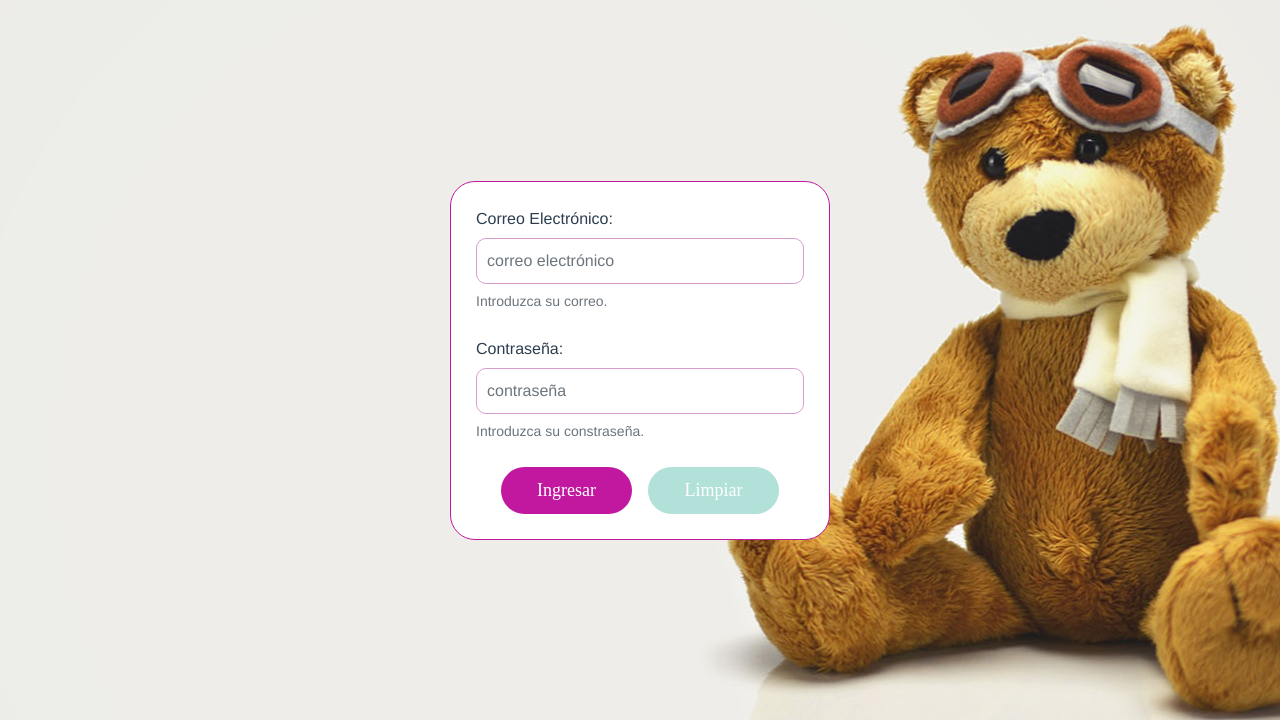
Repository: Darigo30/prueba-jugueteria
Page: /
An editor plug-in stored every save of this project. The page is shown before and after the next save, followed by the edit.
The browser window is 1280 px wide. The pictures show the whole page.
Some web fonts or font styles are not loaded; a fallback is used. The project was rebuilt for these pictures with package versions that can differ from the ones it lists, and the page was loaded fresh each time. Also part of the build but not shown: src/components/Editar.vue, src/components/Tabla.vue, src/components/Agregar.vue, src/views/Home.vue.

Above is the page before, as saved 2021-05-30 21:29:54.

### public/index.html
<!DOCTYPE html>
<html lang="">
  <head>
    <meta charset="utf-8">
    <meta http-equiv="X-UA-Compatible" content="IE=edge">
    <meta name="viewport" content="width=device-width,initial-scale=1.0">
    <link rel="icon" href="<%= BASE_URL %>favicon.ico">
    <link rel="preconnect" href="https://fonts.gstatic.com">
    <link href="https://fonts.googleapis.com/css2?family=Londrina+Solid:wght@300;400;900&display=swap" rel="stylesheet">
    <title><%= htmlWebpackPlugin.options.title %></title>
  </head>
  <body>
    <noscript>
      <strong>We're sorry but <%= htmlWebpackPlugin.options.title %> doesn't work properly without JavaScript enabled. Please enable it to continue.</strong>
    </noscript>
    <div id="app"></div>
    <!-- built files will be auto injected -->
  </body>
</html>

### src/main.js
import Vue from "vue";
import App from "./App.vue";
import router from "./router";
import store from "./store";
import { BootstrapVue, IconsPlugin } from "bootstrap-vue";

import "bootstrap/dist/css/bootstrap.css";
import "bootstrap-vue/dist/bootstrap-vue.css";

Vue.use(BootstrapVue);
Vue.use(IconsPlugin);

Vue.config.productionTip = false;

import firebase from "firebase";
import { firebaseConfig } from "../firebase";

firebase.initializeApp(firebaseConfig);

router.beforeEach((to, from, next) => {
  const isAuthenticated = localStorage.getItem("login");

  if (to.name !== "Login" && isAuthenticated !== "logueado")
    next({ name: "Login" });
  else if (to.name === "Login" && isAuthenticated === "logueado")
    next({ name: "Home" });
  else next();
});

new Vue({
  router,
  store,
  render: (h) => h(App),
}).$mount("#app");

### src/App.vue
<template>
  <div id="app">
    <router-view />
  </div>
</template>

<script>
import { mapActions } from "vuex";

export default {
  name: "App",
  methods: {
    ...mapActions(["getProductos"]),
  },
  created() {
    this.getProductos();
  },
};
</script>

<style lang="scss">
#app {
  font-family: Avenir, Helvetica, Arial, sans-serif;
  -webkit-font-smoothing: antialiased;
  -moz-osx-font-smoothing: grayscale;
  text-align: center;
  color: #2c3e50;
}

#nav {
  padding: 30px;

  a {
    font-weight: bold;
    color: #2c3e50;

    &.router-link-exact-active {
      color: #42b983;
    }
  }
}
</style>

### src/router/index.js
import Vue from "vue";
import VueRouter from "vue-router";
import Home from "../views/Home.vue";

Vue.use(VueRouter);

const routes = [
  {
    path: "/",
    name: "Home",
    component: Home,
  },
  {
    path: "/about",
    name: "About",
    // route level code-splitting
    // this generates a separate chunk (about.[hash].js) for this route
    // which is lazy-loaded when the route is visited.
    component: () =>
      import(/* webpackChunkName: "about" */ "../views/About.vue"),
  },
  {
    path: "/login",
    name: "Login",
    component: () =>
      import(/* webpackChunkName: "login" */ "../views/Login.vue"),
  },
];


const router = new VueRouter({
  mode: "history",
  base: process.env.BASE_URL,
  routes,
});

export default router;

### src/store/index.js
import Vue from "vue";
import Vuex from "vuex";
import firebase from "firebase";
import router from "@/router"

Vue.use(Vuex);

export default new Vuex.Store({
  state: {
    productos: [],
    titulos: [
      {
        label: "Código",
        key: "codigo",
      },
      {
        label: "Producto",
        key: "nombre",
      },
      {
        label: "Stock",
        key: "stock",
      },
      {
        label: "Precio",
        key: "precio",
      },
      {
        key: "actions",
        label: "Acciones",
      },
    ],
    editar: false,
    jugueteEditar: {
      nombre: "",
      precio: "",
      codigo: "",
      id: "",
      stock: "",
    },
  },
  mutations: {
    guardarProductos(state, payload) {
      const juguete = payload;
      if (!juguete) return;
      state.productos.push(juguete);
    },
    borrarProducto(state, payload) {
      const juguete = payload;
      if (!juguete) return;
      let borradoFila = state.productos.filter(juguetex => juguetex.codigo != payload.codigo );
      state.productos = borradoFila;
      console.log(borradoFila);
    },
    booleanEditar(state) {
      state.editar = true;
    },
    editarJuguete(state, payload) {
      const juguete = payload;
      state.jugueteEditar = juguete;
    },
    agregarJugueteAlState(state, payload) {
      const existeJuguete = state.productos.find((juguetito) => juguetito.codigo === payload.codigo);
       // Si no existe ingresar a la base de datos.
       if (!existeJuguete) state.productos.push(payload);
    }
  },
  actions: {
    async getProductos({ commit }) {
      const db = firebase.firestore();
      try {
        const req = await db.collection("juguetes").get();
        if (req) {
          req.docs.forEach((juguete) => {
            const obj = juguete.data();
            const id = juguete.id;
            obj.id = id;
            commit("guardarProductos", obj);
          });
        }
      } catch (error) {
        console.log(error);
      }
    },
    async deleteProducto({ commit }, payload) {
      const juguete = payload;
      if (!juguete) return;
      const idFirebase = juguete.id;

      // Eliminar desde Firebase
      try {
        const db = firebase.firestore();
        const req = await db.collection("juguetes").doc(idFirebase).delete();
        console.log(req);
      } catch (error) {
        console.log(error);
      }

      // Eliminar desde Vuex
      commit("borrarProducto", juguete);
    },
    //actualizar tabla juguetes
    async updateProducto({ commit }, payload) {
      const juguete = payload;
      if (!juguete) return;
      const idFirebase = juguete.id;

      // Firebase
      try {
        const req = await firebase.firestore().collection("juguetes").doc(idFirebase).update({
            codigo: juguete.codigo,
            stock: juguete.stock,
            nombre: juguete.nombre,
            precio: juguete.precio
          });
        console.log(req);
      } catch (error) {
        console.log(error);
      }
      // Vuex
      commit();
    },
    //Agrego nuevo producto
    async crearNuevoProducto({ commit }, payload) {
      const nuevo = payload;
      if (!nuevo) return;
     // Actualizar el state
      commit("agregarJugueteAlState", nuevo);
      await firebase.firestore().collection("juguetes").add(nuevo);
    },
    cerrar(){
      localStorage.removeItem("login")
      firebase.auth().signOut()
      .then(() => {
          router.push('/login')
          .catch(error => {
            console.info(error)
         });
      });
  }
  },
  modules: {},
});

### firebase.js
// import firebase from "firebase";

const firebaseConfig = {
  apiKey: "AIzaSyDvwglZwsMT4GnbYgCJ6nH0Bmr47wSCZrA",
  authDomain: "bd-dari.firebaseapp.com",
  projectId: "bd-dari",
  storageBucket: "bd-dari.appspot.com",
  messagingSenderId: "200953098330",
  appId: "1:200953098330:web:2519dca58d3ee2c2336863",
  measurementId: "G-12NBXGDB2J"
};
export { firebaseConfig };

### src/views/Login.vue
<template>
<div class="bg">
   <b-container>
    <b-row style="height: 100vh">
      <b-col class="m-auto fo" cols="12" md="4">
        <b-form-group
          label="Correo Electrónico:"
          description="Introduzca su correo."
          class="text-start mb-4"
        >
          <b-form-input
            v-model="form.email"
            type="email"
            placeholder="correo electrónico"
          ></b-form-input>
        </b-form-group>

        <b-form-group
          label="Contraseña:"
          description="Introduzca su constraseña."
          class="text-start mb-4"
        >

          <b-form-input
            v-model="form.pass"
            type="password"
            placeholder="contraseña"
          ></b-form-input>
        </b-form-group>

        <b-button @click="login" variant="success" class="me-3 lim"
          >Ingresar</b-button
        >
        <b-button @click="limpiar" variant="outline-primary" class="agr-ju">Limpiar</b-button>
      </b-col>
    </b-row>
  </b-container>
</div>

</template>

<script>
import firebase from "firebase";

export default {
  name: "Login",
  data() {
    return {
      form: {
        email: "",
        pass: "",
      },
    };
  },
  methods: {
    async login() {
      try {
        if (!this.form && !this.form.email && !this.form.pass) return;
        const req = await firebase
          .auth()
          .signInWithEmailAndPassword(this.form.email, this.form.pass);
        console.log(req);
        // if (req && req != null) this.$router.push("/");

        if (req && req != null) {
          localStorage.setItem("login", "logueado");
          this.$router.push("/");
        }
      } catch (error) {
        const errorCode = error.code;
        const errorMessage = error.message;
        console.log("Código de Error", errorCode);
        console.log("Mensaje de Error", errorMessage);
      }
    },
    limpiar() {
      if (!this.form) return;
      this.form.email = "";
      this.form.pass = "";
    },
  },
};
</script>
<style scoped>
    .bg{
      background-image: url('../assets/osito.jpg');
      background-position: center;
      background-repeat: no-repeat;
  }
  .fo{
    background: #fff;
    padding: 25px;
    border: 1px solid #c1189f;
    border-radius: 25px;
  }

  .form-control{
    border: 1px solid #d99dcd;
    border-radius: 10px;
    margin: 5px 0;
    padding: 10px;
}
.agr-ju{
    background: #b2e1d9;
    border: 0;
    color: #fff;
    font-weight: 400;
    padding: 10px;
    font-size: 18px;
    border-radius: 28px;
    font-family: 'Londrina Solid';
    width: 40%;

}
.lim{
  background: #c1189f;
   border: none;
    color: #fff;
    font-weight: 400;
    padding: 10px;
    font-size: 18px;
    border-radius: 28px;
    font-family: 'Londrina Solid';
  width: 40%;

}
</style>

After the next save:
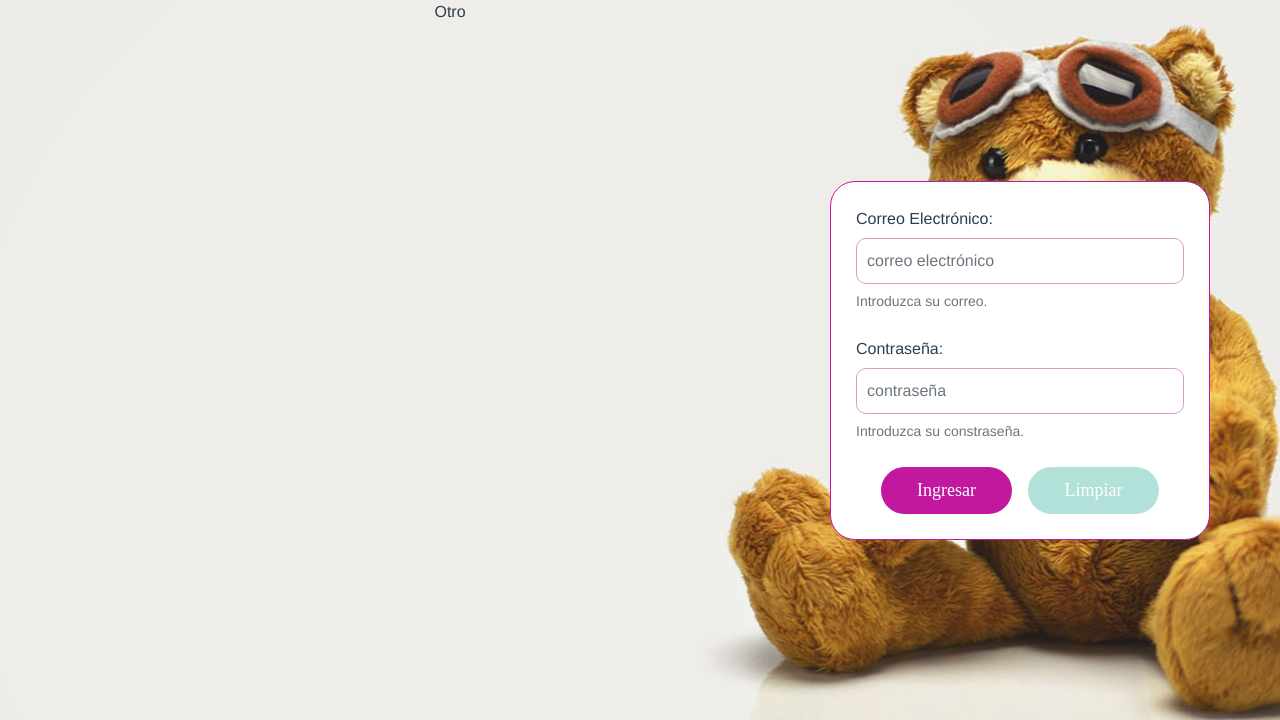
Saved 86 s later.
--- a/src/views/Login.vue
+++ b/src/views/Login.vue
@@ -2,6 +2,7 @@
 <div class="bg">
    <b-container>
     <b-row style="height: 100vh">
+      <b-col class="text-center">Otro</b-col>
       <b-col class="m-auto fo" cols="12" md="4">
         <b-form-group
           label="Correo Electrónico:"

After the save that followed:
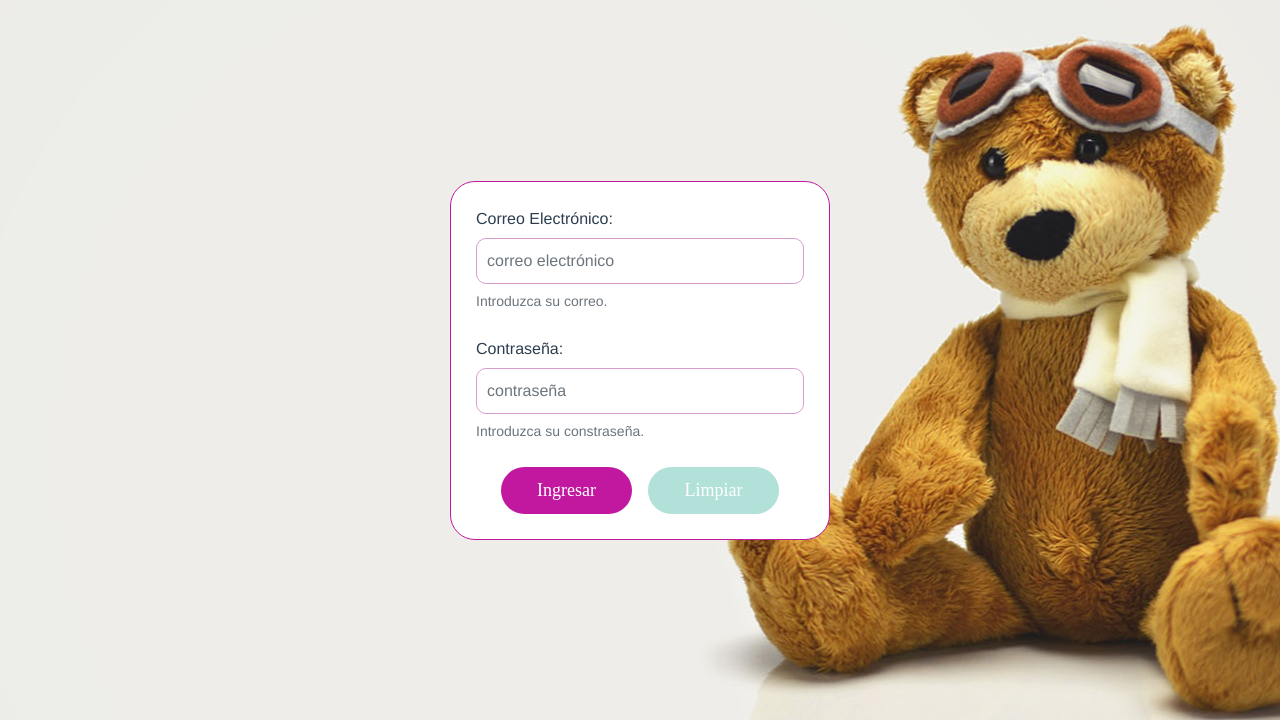
Saved 6 s later.
--- a/src/views/Login.vue
+++ b/src/views/Login.vue
@@ -2,7 +2,6 @@
 <div class="bg">
    <b-container>
     <b-row style="height: 100vh">
-      <b-col class="text-center">Otro</b-col>
       <b-col class="m-auto fo" cols="12" md="4">
         <b-form-group
           label="Correo Electrónico:"
